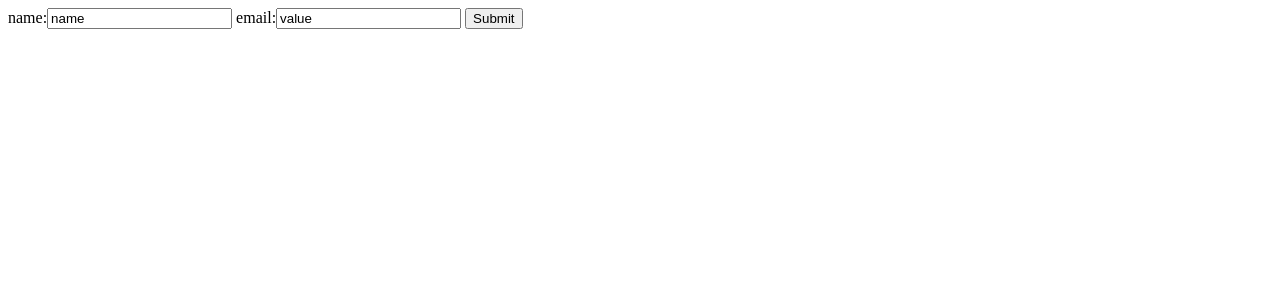
Repository: htalesra567/push1
Page: RegisterUser/src/main/webapp/index.html
An editor plug-in stored every save of this project. The page is shown before and after the next save, followed by the edit.
The browser window is 1280 px wide. The pictures show the whole page.

Above is the page before, as saved 2024-12-15 15:13:25.

### RegisterUser/src/main/webapp/index.html
<!DOCTYPE html>
<html>
<head>
<meta charset="UTF-8">
<title>Insert title here</title>
</head>
<body>

	<form action="register" method="POST">
		name:<input type="text" name="name" value="name" />
		email:<input type="text" name="email" value="value" />
		<input type="submit" />
	</form>

</body>
</html>

After the next save:
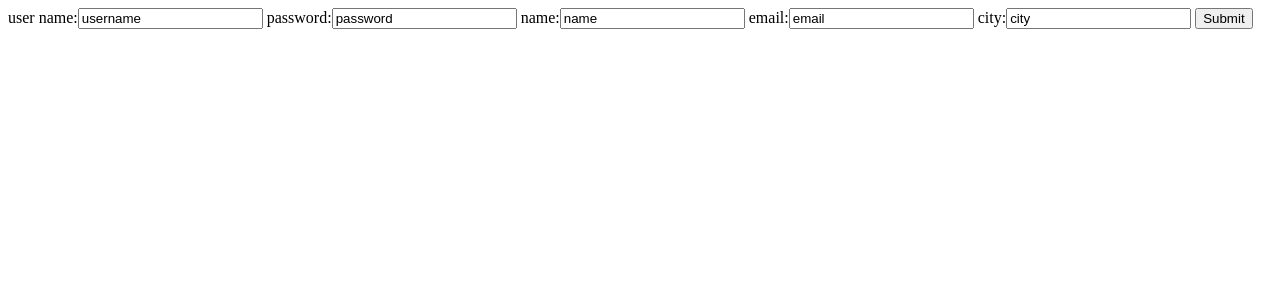
Saved 3 min 57 s later.
--- a/RegisterUser/src/main/webapp/index.html
+++ b/RegisterUser/src/main/webapp/index.html
@@ -7,8 +7,11 @@
 <body>
 
 	<form action="register" method="POST">
+		user name:<input type="text" name="username" value="username" />
+		password:<input type="text" name="email" value="password" />
 		name:<input type="text" name="name" value="name" />
-		email:<input type="text" name="email" value="value" />
+		email:<input type="text" name="email" value="email" />
+		city:<input type="text" name="city" value="city" />
 		<input type="submit" />
 	</form>
 
